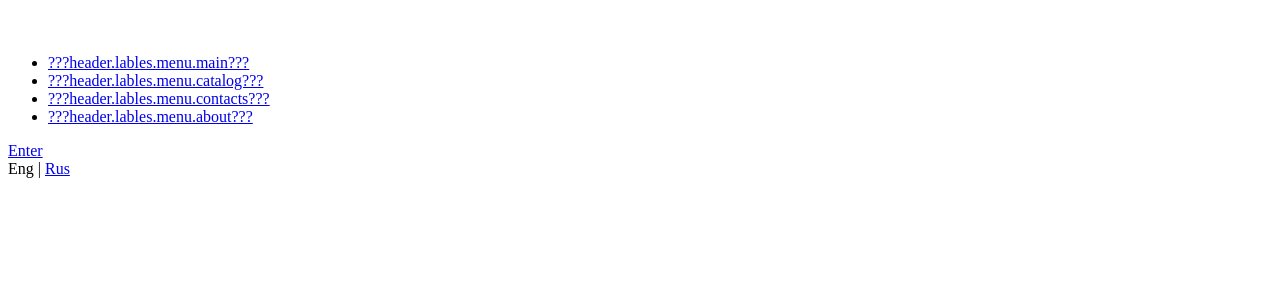
Repository: Westerte/JavaDevelopmentMay2015
Page: http://localhost/touroperator/jspf/header.jsp
An editor plug-in stored every save of this project. The page is shown before and after the next save, followed by the edit.
The browser window is 1280 px wide. The pictures show the whole page.
The page is served by Tomcat 9.

Above is the page before, as saved 2015-09-10 13:38:49.

After the next save:
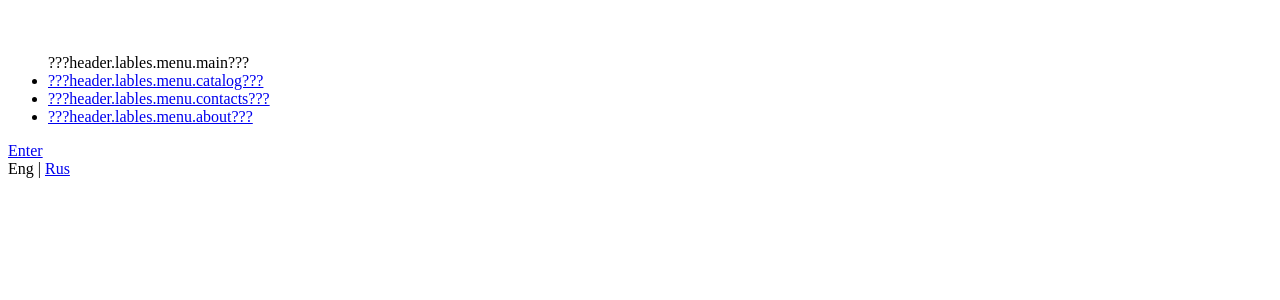
Saved 55 s later.
--- a/workspace/touroperator/WebContent/jspf/header.jsp
+++ b/workspace/touroperator/WebContent/jspf/header.jsp
@@ -15,7 +15,7 @@
 					<img src="${ pageContext.servletContext.contextPath}/img/logo.png">
 				</div>
 				<nav class="cols col-6 clear">
-					<ul id="header_menu">
+					<ul id="header_menu" class="clear>
 						<li><a href="#" class="clear"><fmt:message key="header.lables.menu.main" bundle="${rb}"/></a></li>
 						<li><a href="#" class="clear"><fmt:message key="header.lables.menu.catalog" bundle="${rb}"/></a></li>
 						<li><a href="#" class="clear"><fmt:message key="header.lables.menu.contacts" bundle="${rb}"/></a></li>

After the save that followed:
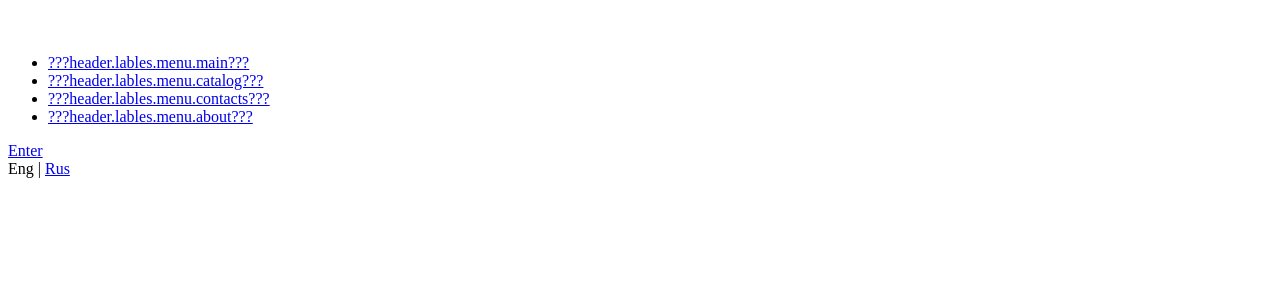
Saved 12 s later.
--- a/workspace/touroperator/WebContent/jspf/header.jsp
+++ b/workspace/touroperator/WebContent/jspf/header.jsp
@@ -15,7 +15,7 @@
 					<img src="${ pageContext.servletContext.contextPath}/img/logo.png">
 				</div>
 				<nav class="cols col-6 clear">
-					<ul id="header_menu" class="clear>
+					<ul id="header_menu" class="clear">
 						<li><a href="#" class="clear"><fmt:message key="header.lables.menu.main" bundle="${rb}"/></a></li>
 						<li><a href="#" class="clear"><fmt:message key="header.lables.menu.catalog" bundle="${rb}"/></a></li>
 						<li><a href="#" class="clear"><fmt:message key="header.lables.menu.contacts" bundle="${rb}"/></a></li>
